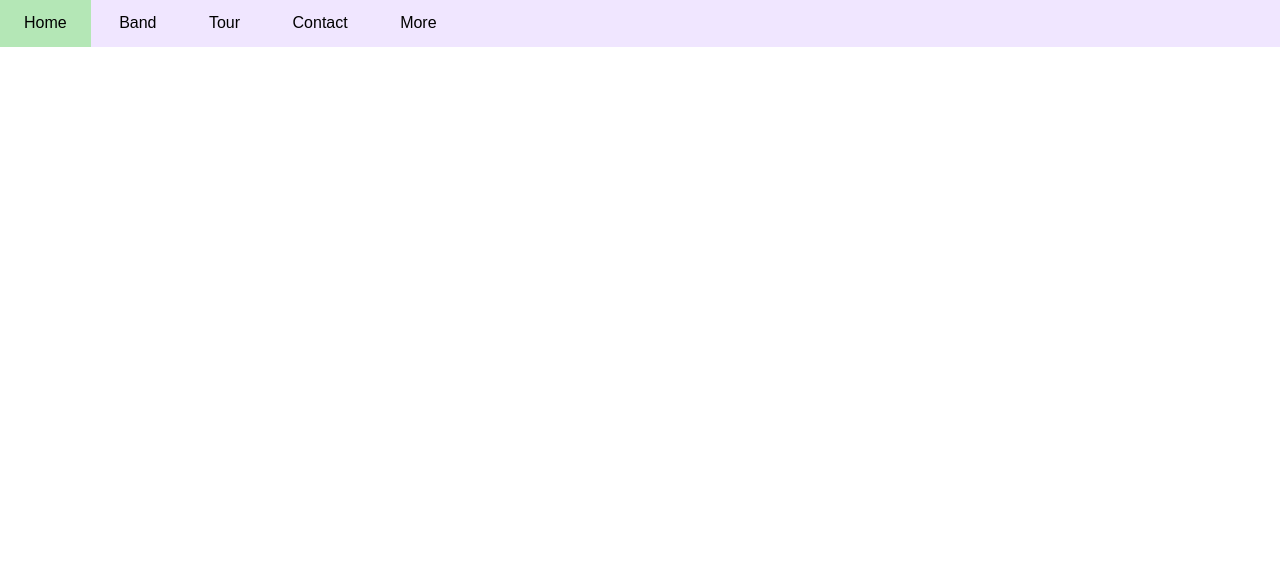
Repository: Ducspdn/WeTheBandF8
Page: w3_band/index.html
These files come from the project's save history. The page is drawn as it stood at one moment and after the next save; the edit follows.
The browser window is 1280 px wide. The pictures show the whole page.

Above is the page before, as saved 2023-01-16 16:15:37.

### w3_band/index.html
<html lang="en">
<head>
    <meta charset="UTF-8">
    <meta http-equiv="X-UA-Compatible" content="IE=edge">
    <meta name="viewport" content="width=device-width, initial-scale=1.0">
    <title>Web The Band</title>
    <link rel="stylesheet" href="./assets/css/style.css">
</head>
<body>
    <div id="main">
        <div id="header">
            <ul id="nav">
                <!-- ul#nav>li*5 -->
                <li><a href="">Home</a></li>
                <li><a href="">Band</a></li>
                <li><a href="">Tour</a></li>
                <li><a href="">Contact</a></li>
                <li>
                    <a href="">More</a>
                    <ul class="subnav">
                        <li><a href="">Merchandise</a></li>
                        <li><a href="">Extras</a></li>
                        <li><a href="">Media</a></li>
                    </ul>
                </li>
            </ul>

        </div>

        <div id="slider">

        </div>

        <div id="content">

        </div>

        <div id="footer">

        </div>
    </div>
</body>
</html>

### w3_band/assets/css/style.css
*{
    /* ReSet CSS */
    padding :0 ;
    margin: 0;
    box-sizing: border-box;
    /* thẻ * áp dụng cho tất cả các thẻ luôn */
}
html{
    font-family: Arial, Helvetica, sans-serif ;
    /* 1 và 2 là kiểu chữ đọc từ máy nếu không có 1 và 2 thì chạy sang 3 , 3 chủng form bất kì */
    /* set font chữ cho toàn Website */
    /* chỉ kế thừa thẻ nào có chữ */
}
/* từ ngoài vào trong */
/* từ trên xuống dưới */
/* từ tổng quan đến chi tiết */
/* vị trí */
/* kích thước */
/* màu sắc */
/* kiểu dáng : kiểu chữ , hình tròn , hình vuông .... */
#main {

}
#header {
    /* width :100% ; */
    height: 46.5px;
    background-color: rgba(225, 205, 255, 0.5);
}
#nav{

}
#nav li{
    display : inline-block ;
    /* vì inline nên khong set được thuộc tính */
}
#nav li a {
    text-decoration: none ;
    color : black ;
    line-height: 46.5px;
    padding-top: 0;
    padding-bottom: 0;
    padding-left : 24px;
    padding-right: 24px;
    /* đổi form chữ cần kĩ thuật nhúng , chưa học */
    display: inline-block;
}
#nav li:hover a{
    color: black;
    background-color: rgba(123, 234, 111, 0.5) ;
}
#nav .subnav{
    display: none;
}
#slider {

}
#content {

}

#footer {

}

After the next save:
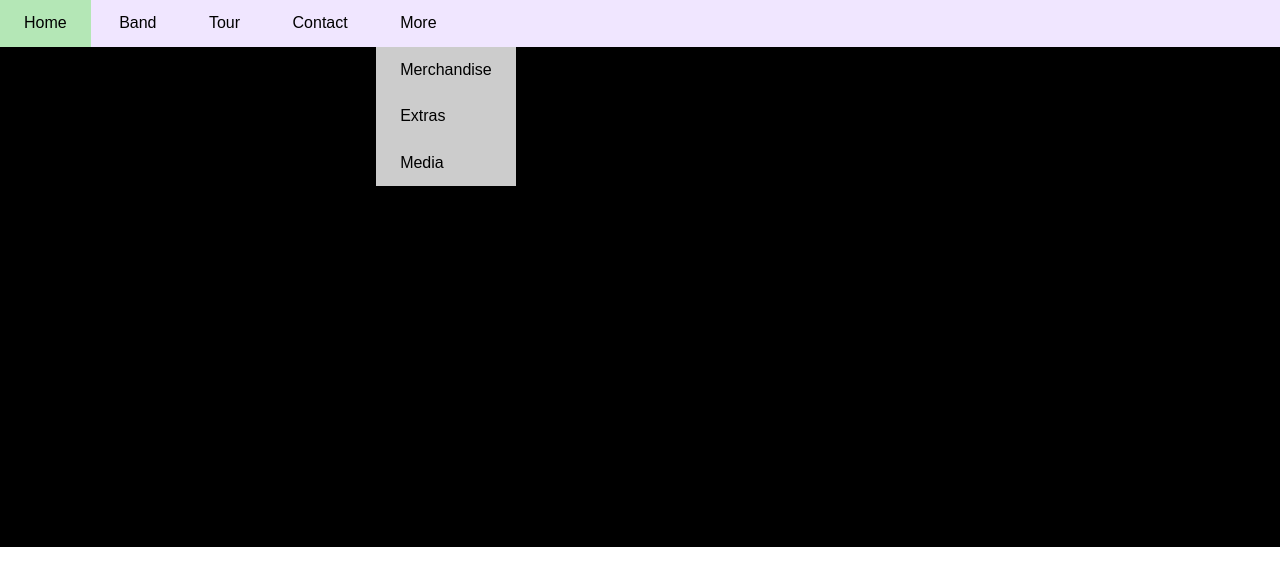
Saved 5 h 30 min later.
--- a/w3_band/assets/css/style.css
+++ b/w3_band/assets/css/style.css
@@ -32,6 +32,7 @@ html{
 #nav li{
     display : inline-block ;
     /* vì inline nên khong set được thuộc tính */
+    position : relative ;
 }
 #nav li a {
     text-decoration: none ;
@@ -49,9 +50,13 @@ html{
     background-color: rgba(123, 234, 111, 0.5) ;
 }
 #nav .subnav{
-    display: none;
+    /* display: none; */
+    position :absolute ;
+    background-color: #ccc;
 }
 #slider {
+    min-height: 500px;
+    background-color: black;
 
 }
 #content {
